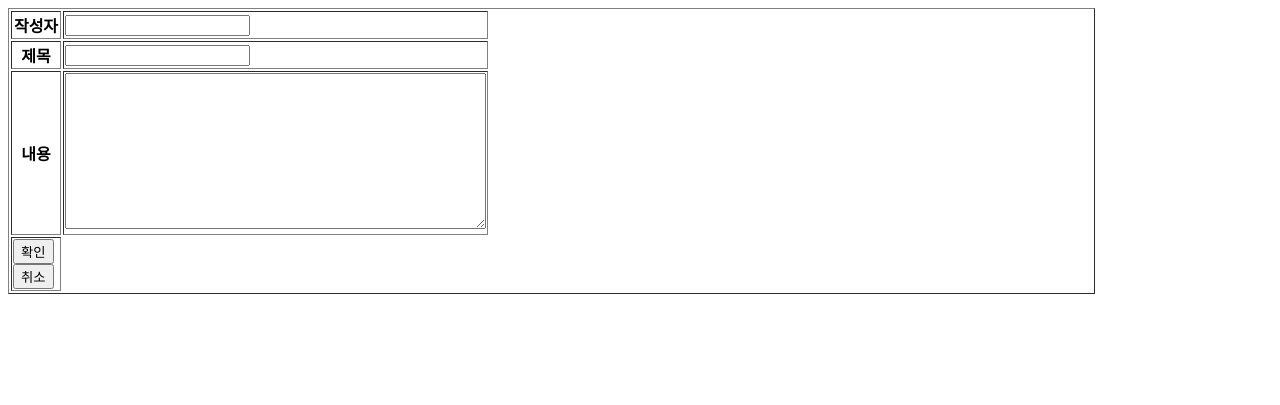
Repository: charamee/Web_kh
Page: http://localhost/Jsp08_MVC/myinsert.jsp
The author's editor kept a copy of each file at every save. The page is drawn from the files as they stood at one save, then again after the next save.
The browser window is 1280 px wide. The pictures show the whole page.
The page is served by Tomcat 9.

Above is the page before, as saved 2021-02-25 16:09:52.

After the next save:
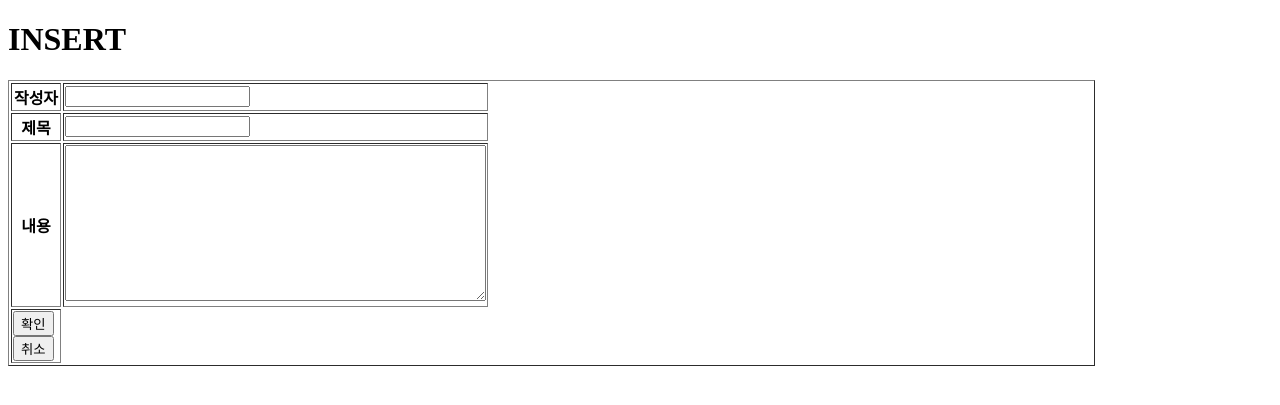
Saved 33 s later.
--- a/Workspace_WEB/Jsp08_MVC/WebContent/myinsert.jsp
+++ b/Workspace_WEB/Jsp08_MVC/WebContent/myinsert.jsp
@@ -9,6 +9,8 @@
 <title>Insert title here</title>
 </head>
 <body>
+
+	<h1>INSERT</h1>
 
 	<form action="controller.do" method="post" >
 	<input type="hidden" name="command" value="insertres">
